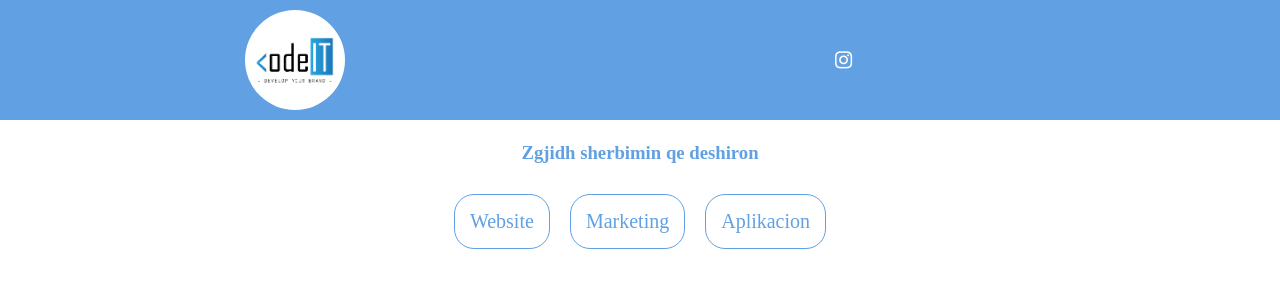
Repository: Edes2128/CODEIT-FINAL
Page: /
An editor plug-in stored every save of this project. The page is shown before and after the next save, followed by the edit.
The browser window is 1280 px wide. The pictures show the whole page.
The project was rebuilt for these pictures with package versions that can differ from the ones it lists, and the page was loaded fresh each time.

Above is the page before, as saved 2020-06-29 23:36:05.

After the next save:
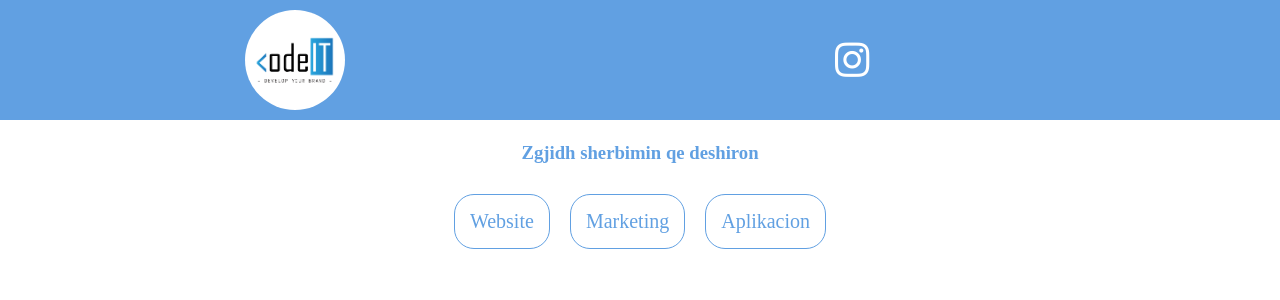
Saved 8 s later.
--- a/src/App.js
+++ b/src/App.js
@@ -8,7 +8,7 @@
       <header className="App-header">
         <div className="logo"><img src="4.jpg" alt=""/></div>
         <div className="links">
-        <a href="#" style={{color:"white",fontSize:"20px"}}><i className="fa fa-instagram"></i></a>
+        <a href="#" style={{color:"white",fontSize:"40px"}}><i className="fa fa-instagram"></i></a>
         </div>
       </header>
       <NavBar />
